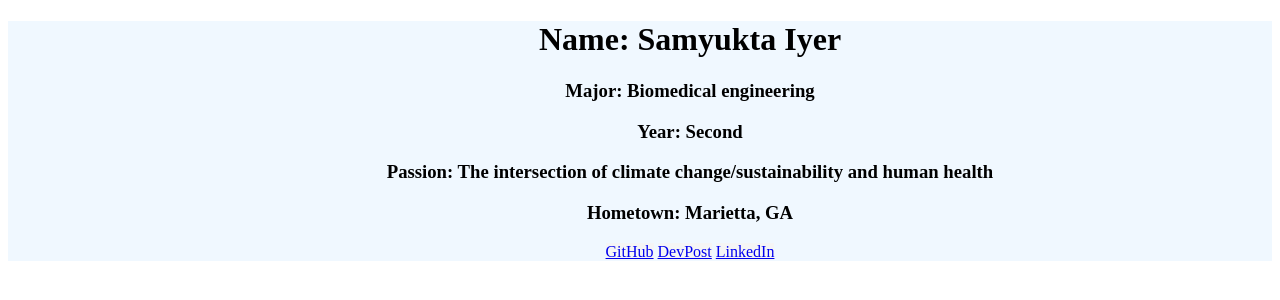
Repository: samyukta-iyer/fall23-dev-bootcamp-assessment
Page: index.html
The author's editor kept a copy of each file at every save. The page is drawn from the files as they stood at one save, then again after the next save.
The browser window is 1280 px wide. The pictures show the whole page.

Above is the page before, as saved 2023-08-29 21:03:35.

After the next save:
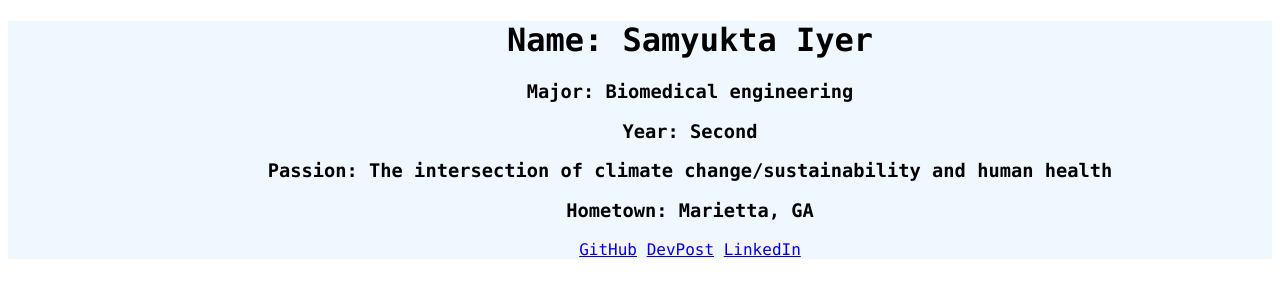
Saved 18 s later.
--- a/styles.css
+++ b/styles.css
@@ -3,8 +3,7 @@
     background-color: aliceblue;
     text-align: center;
     padding-left: 100px;
-    font: sans-serif;
-
+    font-family: "Lucida Console", "Courier New", monospace;
 }
 
 .button {
